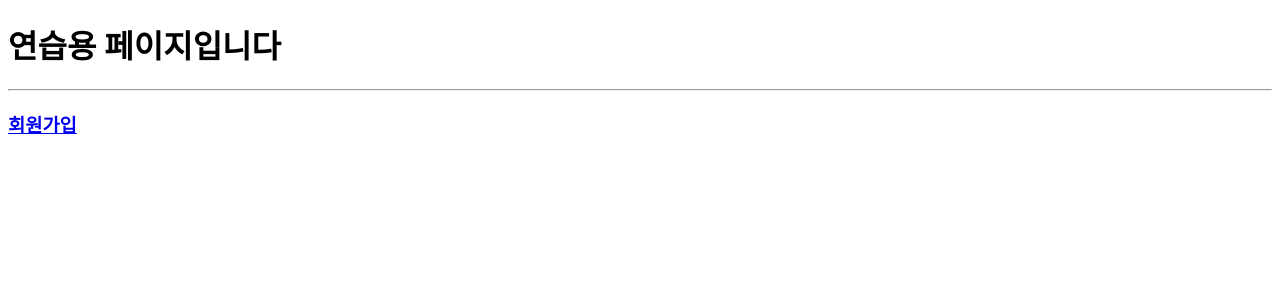
Repository: loseminho/khAcademy-Study
Page: http://localhost/02_SpringMVC_CRUD_TEST/
An editor plug-in stored every save of this project. The page is shown before and after the next save, followed by the edit.
The browser window is 1280 px wide. The pictures show the whole page.
The page is served by Tomcat 9.

Above is the page before, as saved 2022-09-30 08:49:57.

After the next save:
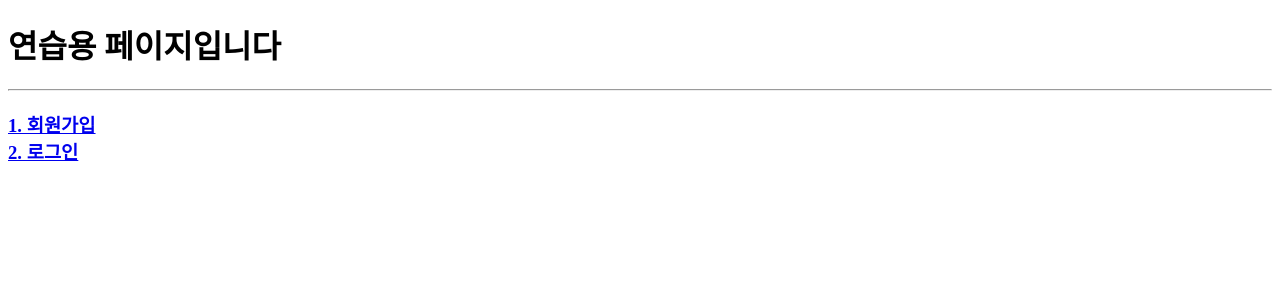
Saved 21 s later.
--- a/spring/workspace-sts-3.9.13.RELEASE/02_SpringMVC_CRUD_TEST/src/main/webapp/index.jsp
+++ b/spring/workspace-sts-3.9.13.RELEASE/02_SpringMVC_CRUD_TEST/src/main/webapp/index.jsp
@@ -9,7 +9,9 @@
 <body>
 	<h1>연습용 페이지입니다</h1>
 	<hr>
-	<h3><a href="/">회원가입</a><br>
+	<h3>
+		<a href="/">1. 회원가입</a><br>
+		<a href="/">2. 로그인</a><br>
 
 	</h3>
 </body>
